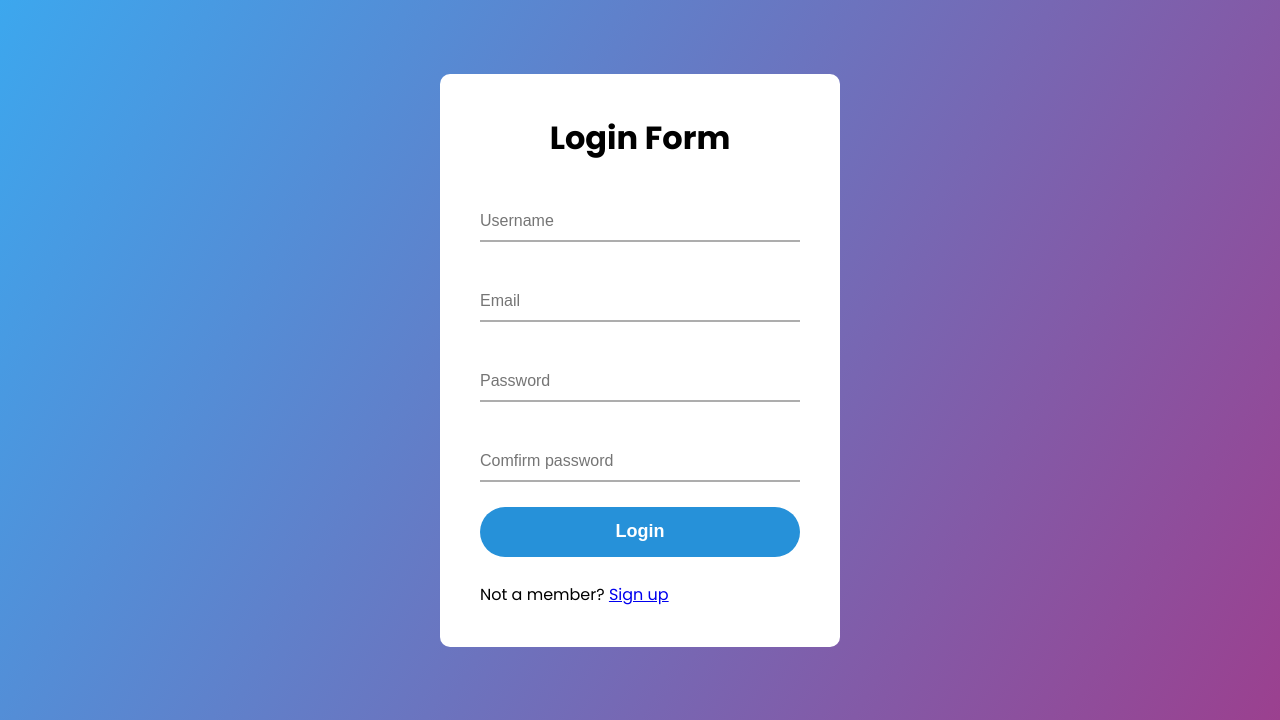
Repository: QUANGTHAI2003/Form-Validation
Page: index.html
These files come from the project's save history. The page is drawn as it stood at one moment and after the next save; the edit follows.
The browser window is 1280 px wide. The pictures show the whole page.

Above is the page before, as saved 2022-03-13 14:32:52.

After the next save:
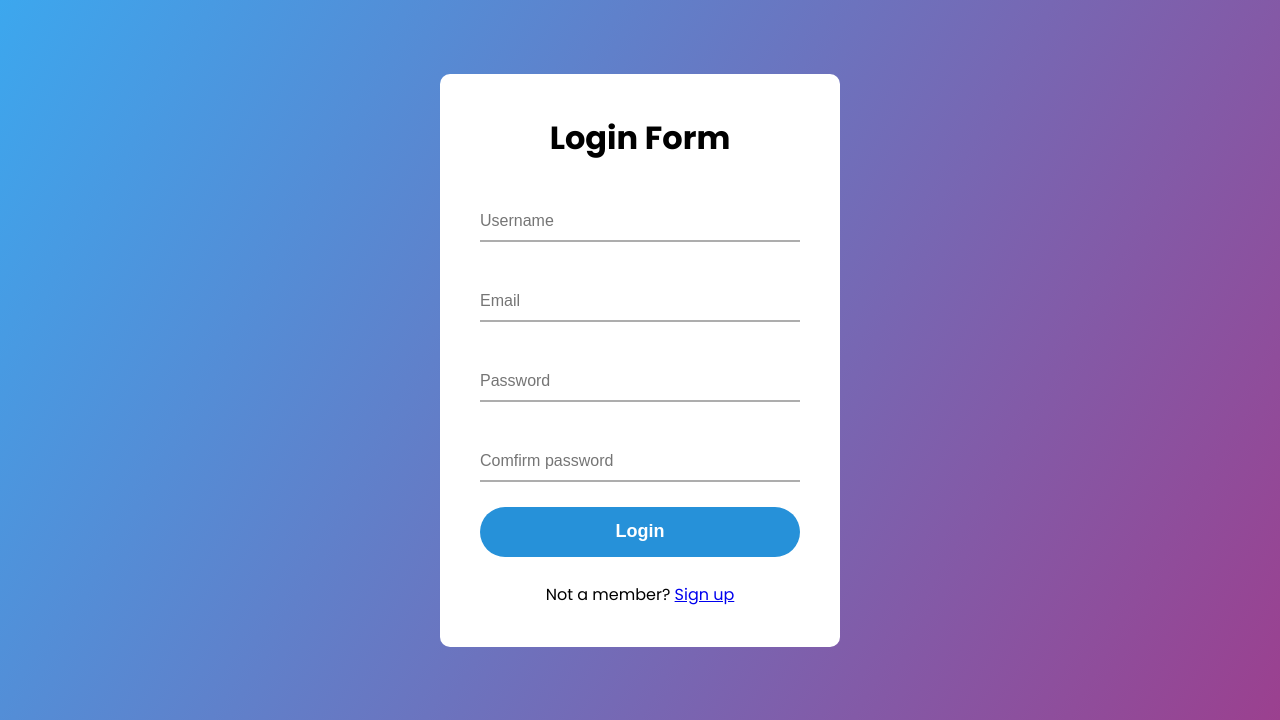
Saved 26 s later.
--- a/style.css
+++ b/style.css
@@ -82,3 +82,7 @@ body {
     font-weight: bold;
     margin: 25px 0;
 }
+
+.signup-link {
+    text-align: center;
+}
